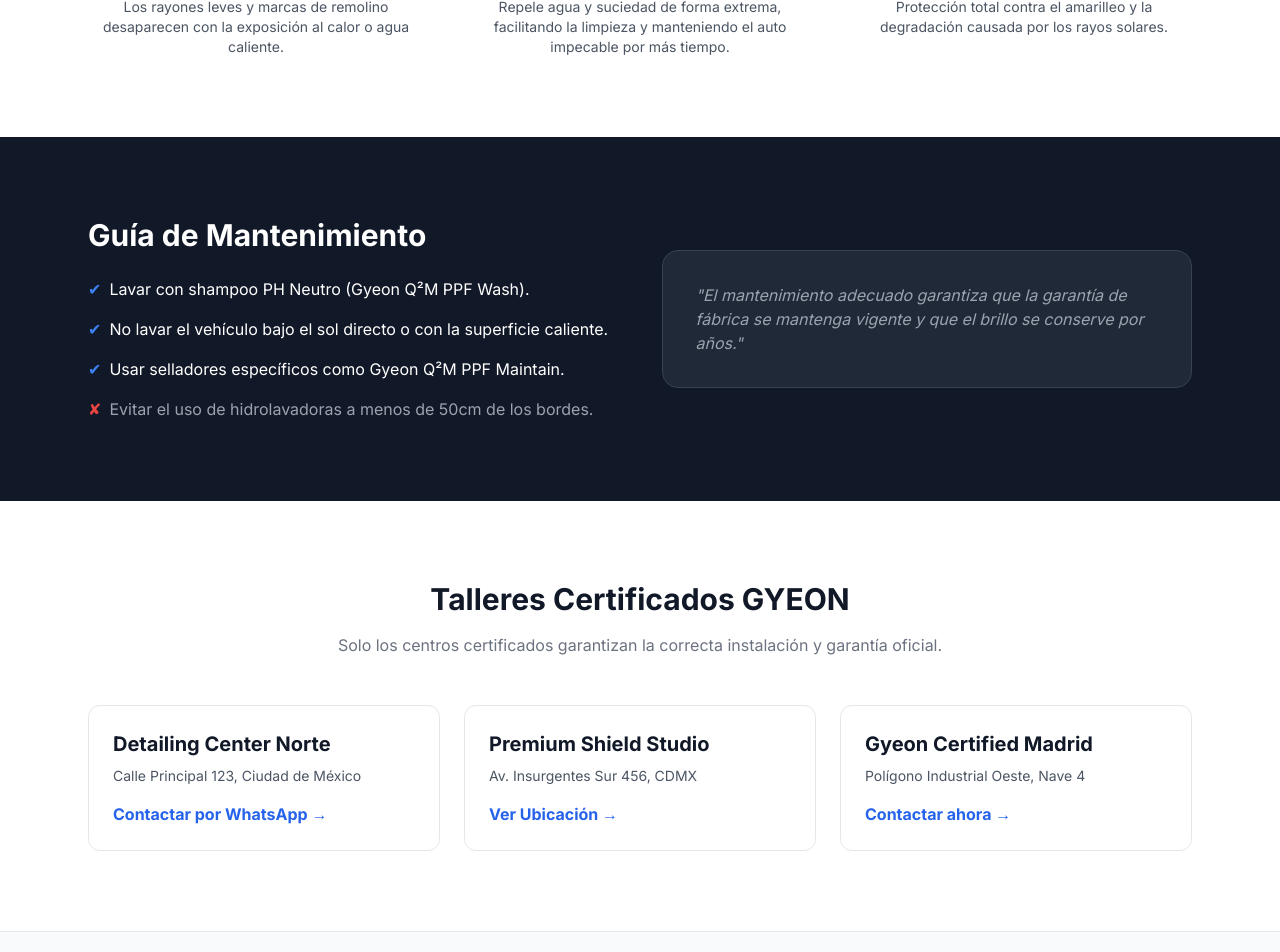
Repository: GyeonArgentna/gyeon-argentina
Page: index.html
These files come from the project's save history. The page is drawn as it stood at one moment and after the next save; the edit follows.
The browser window is 1280 px wide. The pictures show the part of the page from y = 1027 to 1979 px (the page is 2055 px tall before and 2079 px after).
Some web libraries are served in a nearby version.

Above is the page before, as saved 2026-07-02 19:40:05.

### index.html
<!DOCTYPE html>
<html lang="es">
<head>
    <meta charset="UTF-8">
    <meta name="viewport" content="width=device-width, initial-scale=1.0">
    <title>Gyeon PPF - Protección Invisible de Clase Mundial</title>
    <script src="https://cdn.tailwindcss.com"></script>
    <link href="https://fonts.googleapis.com/css2?family=Inter:wght@300;400;700&display=swap" rel="stylesheet">
    <style>
        body { font-family: 'Inter', sans-serif; }
        .gradient-overlay { background: linear-gradient(0deg, rgba(0,0,0,0.8) 0%, rgba(0,0,0,0.2) 100%); }
    </style>
</head>
<body class="bg-gray-50 text-gray-900">

    <!-- Hero Section -->
    <header class="relative h-screen flex items-center justify-center text-white overflow-hidden">
        <<video autoplay muted loop playsinline class="absolute w-full h-full object-cover">
    <source src="lv_0_20260702160103.mp4" type="video/mp4">
</video>
        <div class="absolute w-full h-full gradient-overlay"></div>
        <div class="relative z-10 text-center px-4">
            <img src="GYEON-logo-white.png" alt="GYEON PPF" class="mx-auto mb-4 w-80">
            <p class="text-xl md:text-2xl font-light mb-8 max-w-2xl mx-auto text-gray-300">LA MÁXIMA PROTECCIÓN CONTRA IMPACTOS Y AGENTES EXTERNOS, CON TECNOLOGÍA AUTORREGENERATIVA.</p>
            <a href="#talleres" class="bg-blue-600 hover:bg-blue-700 text-white px-8 py-3 rounded-full font-bold transition-all transform hover:scale-105">Encontrar Taller Certificado</a>
        </div>
    </header>

    <!-- Especificaciones -->
    <section id="especificaciones" class="py-20 bg-white">
        <div class="max-w-6xl mx-auto px-6">
            <h2 class="text-3xl font-bold text-center mb-16 underline decoration-blue-600 underline-offset-8">Especificaciones Técnicas</h2>
            <div class="grid md:grid-cols-3 gap-12">
                <div class="text-center">
                    <div class="w-16 h-16 bg-blue-100 text-blue-600 rounded-lg flex items-center justify-center mx-auto mb-6 text-2xl font-bold">01</div>
                    <h3 class="text-xl font-bold mb-2">Autocuración</h3>
                    <p class="text-gray-600 text-sm">Los rayones leves y marcas de remolino desaparecen con la exposición al calor o agua caliente.</p>
                </div>
                <div class="text-center">
                    <div class="w-16 h-16 bg-blue-100 text-blue-600 rounded-lg flex items-center justify-center mx-auto mb-6 text-2xl font-bold">02</div>
                    <h3 class="text-xl font-bold mb-2">Súper Hidrofóbico</h3>
                    <p class="text-gray-600 text-sm">Repele agua y suciedad de forma extrema, facilitando la limpieza y manteniendo el auto impecable por más tiempo.</p>
                </div>
                <div class="text-center">
                    <div class="w-16 h-16 bg-blue-100 text-blue-600 rounded-lg flex items-center justify-center mx-auto mb-6 text-2xl font-bold">03</div>
                    <h3 class="text-xl font-bold mb-2">Resistencia UV</h3>
                    <p class="text-gray-600 text-sm">Protección total contra el amarilleo y la degradación causada por los rayos solares.</p>
                </div>
            </div>
        </div>
    </section>

    <!-- Mantenimiento -->
    <section id="mantenimiento" class="py-20 bg-gray-900 text-white">
        <div class="max-w-6xl mx-auto px-6">
            <div class="flex flex-col md:flex-row items-center gap-12">
                <div class="md:w-1/2">
                    <h2 class="text-3xl font-bold mb-6">Guía de Mantenimiento</h2>
                    <ul class="space-y-4">
                        <li class="flex items-start">
                            <span class="text-blue-500 mr-2">✔</span>
                            <span>Lavar con shampoo PH Neutro (Gyeon Q²M PPF Wash).</span>
                        </li>
                        <li class="flex items-start">
                            <span class="text-blue-500 mr-2">✔</span>
                            <span>No lavar el vehículo bajo el sol directo o con la superficie caliente.</span>
                        </li>
                        <li class="flex items-start">
                            <span class="text-blue-500 mr-2">✔</span>
                            <span>Usar selladores específicos como Gyeon Q²M PPF Maintain.</span>
                        </li>
                        <li class="flex items-start">
                            <span class="text-red-500 mr-2">✘</span>
                            <span class="text-gray-400">Evitar el uso de hidrolavadoras a menos de 50cm de los bordes.</span>
                        </li>
                    </ul>
                </div>
                <div class="md:w-1/2 bg-gray-800 p-8 rounded-2xl border border-gray-700">
                    <p class="italic text-gray-400">"El mantenimiento adecuado garantiza que la garantía de fábrica se mantenga vigente y que el brillo se conserve por años."</p>
                </div>
            </div>
        </div>
    </section>

    <!-- Talleres Certificados -->
    <section id="talleres" class="py-20 bg-white">
        <div class="max-w-6xl mx-auto px-6">
            <h2 class="text-3xl font-bold text-center mb-4">Talleres Certificados GYEON</h2>
            <p class="text-center text-gray-500 mb-12">Solo los centros certificados garantizan la correcta instalación y garantía oficial.</p>

            <div class="grid md:grid-cols-2 lg:grid-cols-3 gap-6 text-left">
                <!-- Taller Card -->
                <div class="border rounded-xl p-6 hover:shadow-lg transition-shadow">
                    <h4 class="font-bold text-xl mb-2">Detailing Center Norte</h4>
                    <p class="text-gray-600 text-sm mb-4">Calle Principal 123, Ciudad de México</p>
                    <a href="https://wa.me/123456789" class="text-blue-600 font-semibold hover:underline">Contactar por WhatsApp →</a>
                </div>

                <div class="border rounded-xl p-6 hover:shadow-lg transition-shadow">
                    <h4 class="font-bold text-xl mb-2">Premium Shield Studio</h4>
                    <p class="text-gray-600 text-sm mb-4">Av. Insurgentes Sur 456, CDMX</p>
                    <a href="#" class="text-blue-600 font-semibold hover:underline">Ver Ubicación →</a>
                </div>

                <div class="border rounded-xl p-6 hover:shadow-lg transition-shadow">
                    <h4 class="font-bold text-xl mb-2">Gyeon Certified Madrid</h4>
                    <p class="text-gray-600 text-sm mb-4">Polígono Industrial Oeste, Nave 4</p>
                    <a href="#" class="text-blue-600 font-semibold hover:underline">Contactar ahora →</a>
                </div>
            </div>
        </div>
    </section>

    <footer class="py-10 bg-gray-50 border-t text-center">
        <p class="text-gray-400 text-xs tracking-widest uppercase">Gyeon PPF Official Partner</p>
    </footer>

</body>
</html>

After the next save:
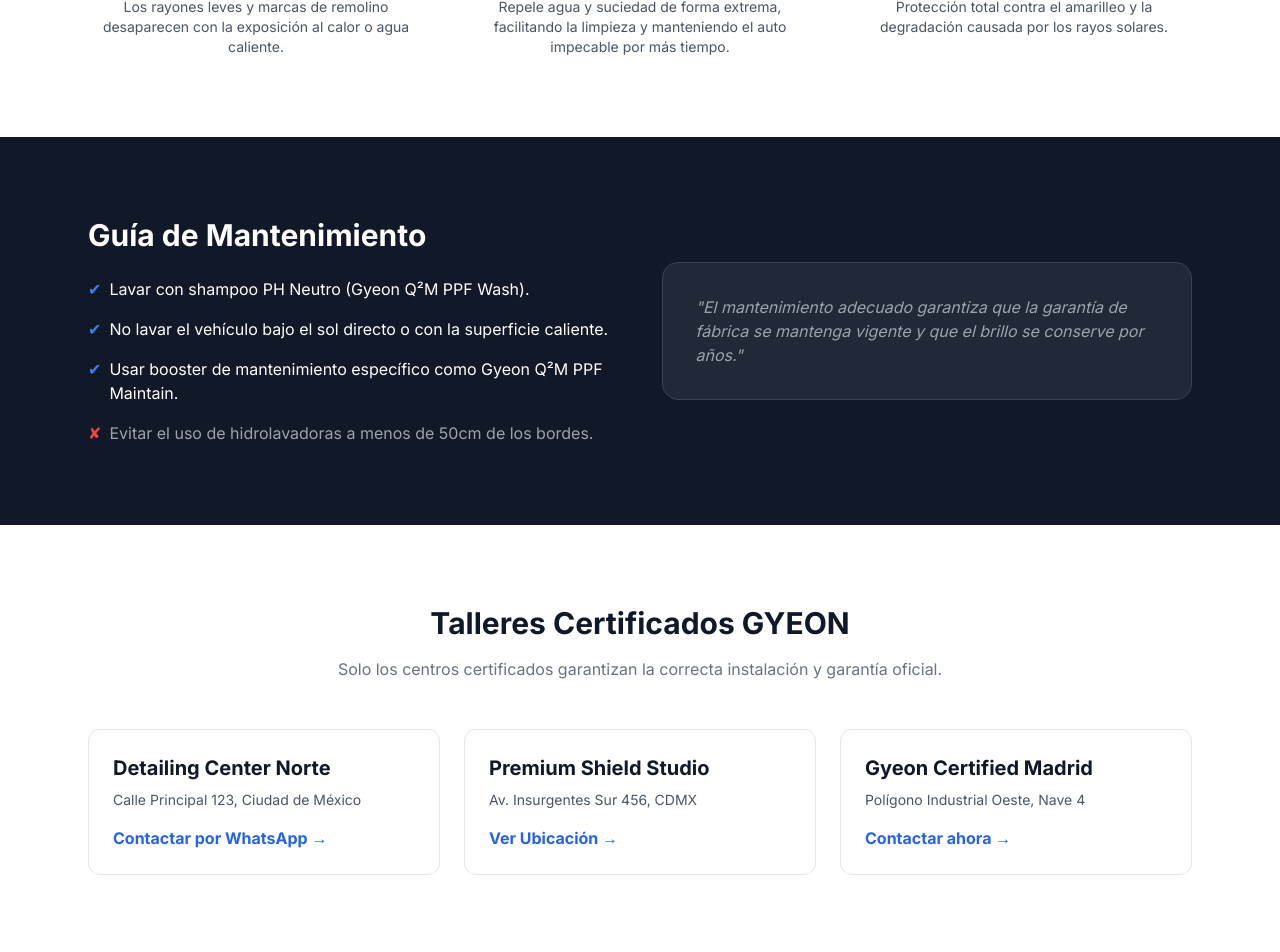
Saved 3 min 15 s later.
--- a/index.html
+++ b/index.html
@@ -67,7 +67,7 @@
                         </li>
                         <li class="flex items-start">
                             <span class="text-blue-500 mr-2">✔</span>
-                            <span>Usar selladores específicos como Gyeon Q²M PPF Maintain.</span>
+                            <span>Usar booster de mantenimiento específico como Gyeon Q²M PPF Maintain.</span>
                         </li>
                         <li class="flex items-start">
                             <span class="text-red-500 mr-2">✘</span>
